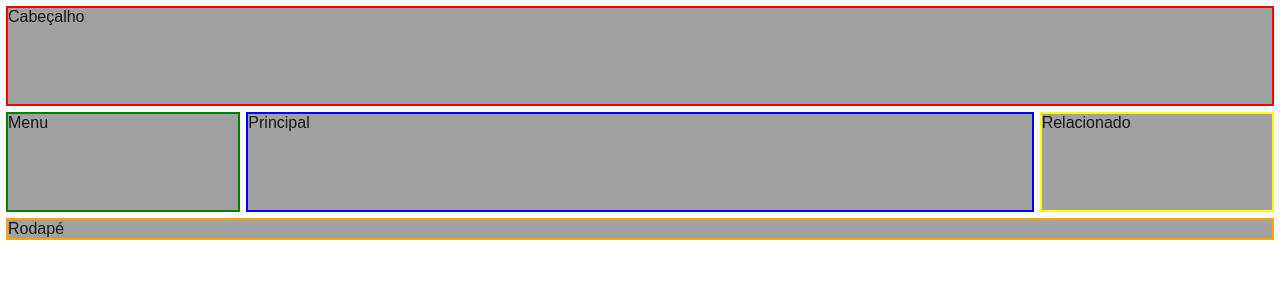
Repository: AleOi3/htmlTemplate
Page: /temp_one
An editor plug-in stored every save of this project. The page is shown before and after the next save, followed by the edit.
The browser window is 1280 px wide. The pictures show the whole page.
The project was rebuilt for these pictures with package versions that can differ from the ones it lists, and the page was loaded fresh each time. The framework's server and built-in components were replaced by stand-ins that run in the browser. Also part of the build but not shown: next.config.ts.

Above is the page before, as saved 2024-12-09 00:37:44.

### src/app/temp_one/page.tsx
const TemplateOnePage = () => {
    return <div style={{display:"flex", flexWrap: 'wrap'}}>
        <header style={{
            border: '2px solid red',
            margin: 3,
            display: 'flex',
            flex: '1 1 100vw',
            height: 100,
            background: '#a1a1a1'
        }}>
            Cabeçalho
        </header>
        <nav style={{
            border: '2px solid green',
            margin: 3,
            height: 100,
            display: 'flex',
            flex: '1 1 200px',
            background: '#a1a1a1'

        }}>Menu</nav>
        <main style={{
            border: '2px solid blue',
            margin: 3,
            display: 'flex',
            flex: '20 1 100px',
            background: '#a1a1a1'

        }}>Principal</main>
        <aside style={{
            border: '2px solid yellow',
            margin: 3,
            display: 'flex',
            flex: '1 1 200px',
            height: 100,
            background: '#a1a1a1'

        }}>Relacionado</aside>
        <footer style={{
            border: '2px solid orange',
            margin: 3,
            display: 'flex',
            flex: '1 1 100vw',
            background: '#a1a1a1'


        }}>Rodapé</footer>

    </div>
}

export default TemplateOnePage;

### src/app/globals.css
:root {
  --background: #ffffff;
  --foreground: #171717;
}

@media (prefers-color-scheme: dark) {
  :root {
    --background: #0a0a0a;
    --foreground: #ededed;
  }
}

html,
body {
  max-width: 100vw;
  overflow-x: hidden;
}

body {
  color: var(--foreground);
  background: var(--background);
  font-family: Arial, Helvetica, sans-serif;
  -webkit-font-smoothing: antialiased;
  -moz-osx-font-smoothing: grayscale;
  margin: 3px;
  flex: 1 1 100vw;
}

* {
  box-sizing: border-box;
  padding: 0;
  margin: 0;
}

a {
  color: inherit;
  text-decoration: none;
}

@media (prefers-color-scheme: dark) {
  html {
    color-scheme: dark;
  }
}

Loaded but not shown: src/app/layout.tsx (common file)

After the next save:
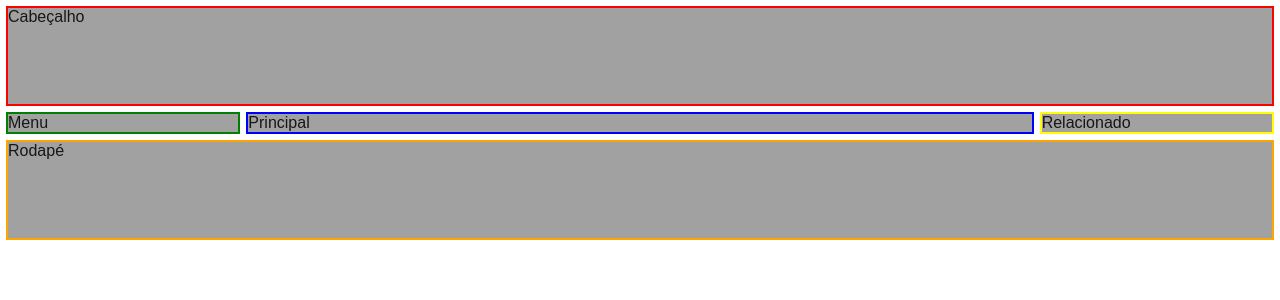
Saved 8 s later.
--- a/src/app/temp_one/page.tsx
+++ b/src/app/temp_one/page.tsx
@@ -13,7 +13,6 @@ const TemplateOnePage = () => {
         <nav style={{
             border: '2px solid green',
             margin: 3,
-            height: 100,
             display: 'flex',
             flex: '1 1 200px',
             background: '#a1a1a1'
@@ -32,7 +31,6 @@ const TemplateOnePage = () => {
             margin: 3,
             display: 'flex',
             flex: '1 1 200px',
-            height: 100,
             background: '#a1a1a1'
 
         }}>Relacionado</aside>
@@ -41,6 +39,7 @@ const TemplateOnePage = () => {
             margin: 3,
             display: 'flex',
             flex: '1 1 100vw',
+            height: 100,
             background: '#a1a1a1'
 
 
